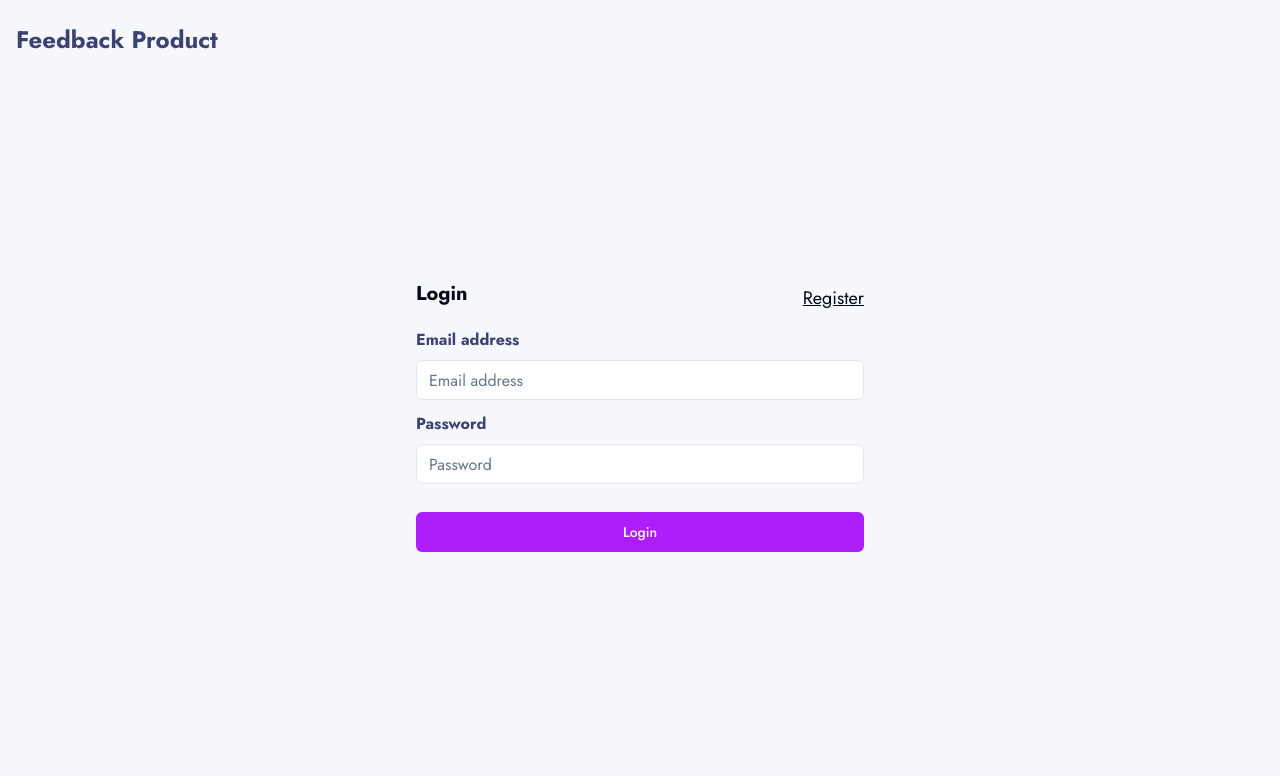
Repository: KornelJanczak/product-feedback-app
Page: /login
An editor plug-in stored every save of this project. The page is shown before and after the next save, followed by the edit.
The browser window is 1280 px wide. The pictures show the whole page.
The page's requests for data from a server got no answer. The project was rebuilt for these pictures with package versions that can differ from the ones it lists, and the page was loaded fresh each time. The framework's server and built-in components were replaced by stand-ins that run in the browser. No one was signed in, and anything a server would have sent is missing. Also part of the build but not shown: next.config.js, next.config.mjs.

Above is the page before, as saved 2024-01-28 19:51:02.

After the next save:
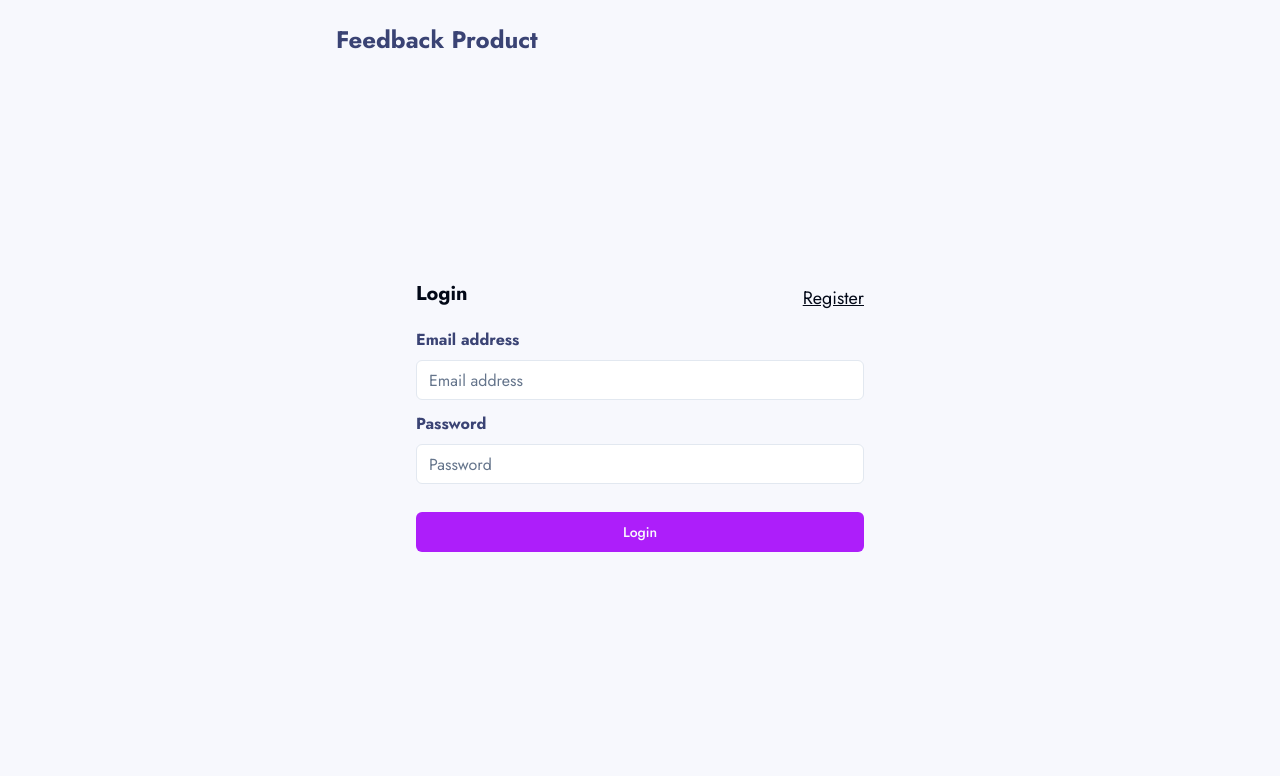
Saved 109 s later.
--- a/tailwind.config.ts
+++ b/tailwind.config.ts
@@ -13,7 +13,7 @@ const config = {
     container: {
       center: true,
       padding: {
-        DEFAULT: "1rem",
+        DEFAULT: "21rem",
         sm: "1rem",
         md: "4rem",
         lg: "4rem",
